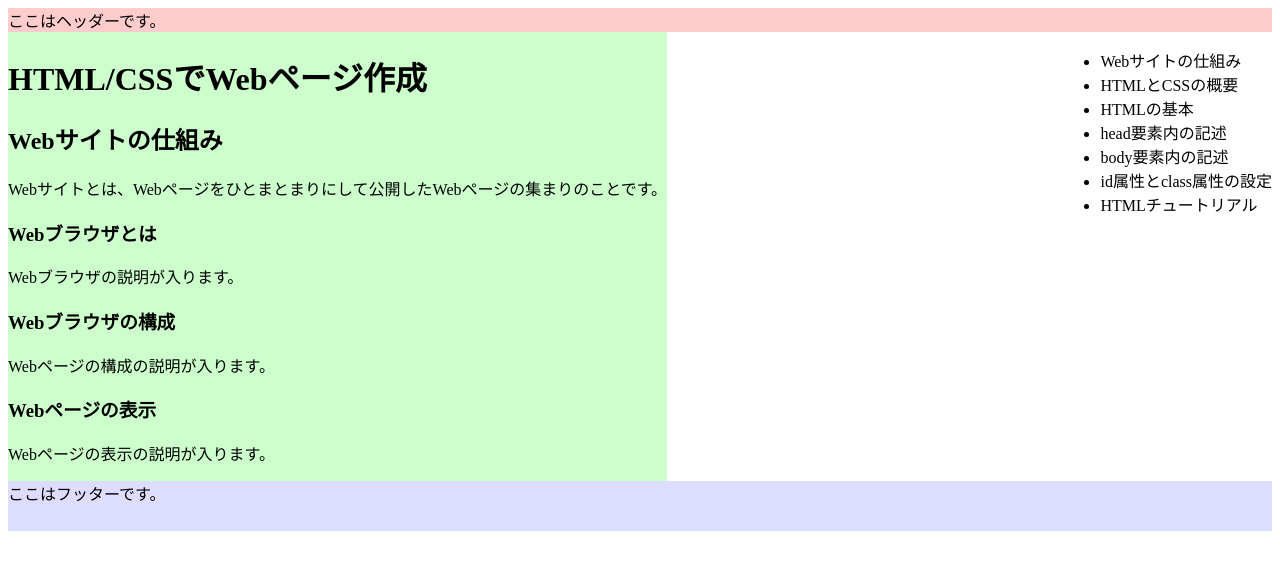
Repository: kazumasatomoto/kadai-tasklist-
Page: kadai-html.html
The author's editor kept a record of every edit. The page is drawn from the files as they stood at one moment, then again after the next edit.
The browser window is 1280 px wide. The pictures show the whole page.

Above is the page before.

After the next edit:
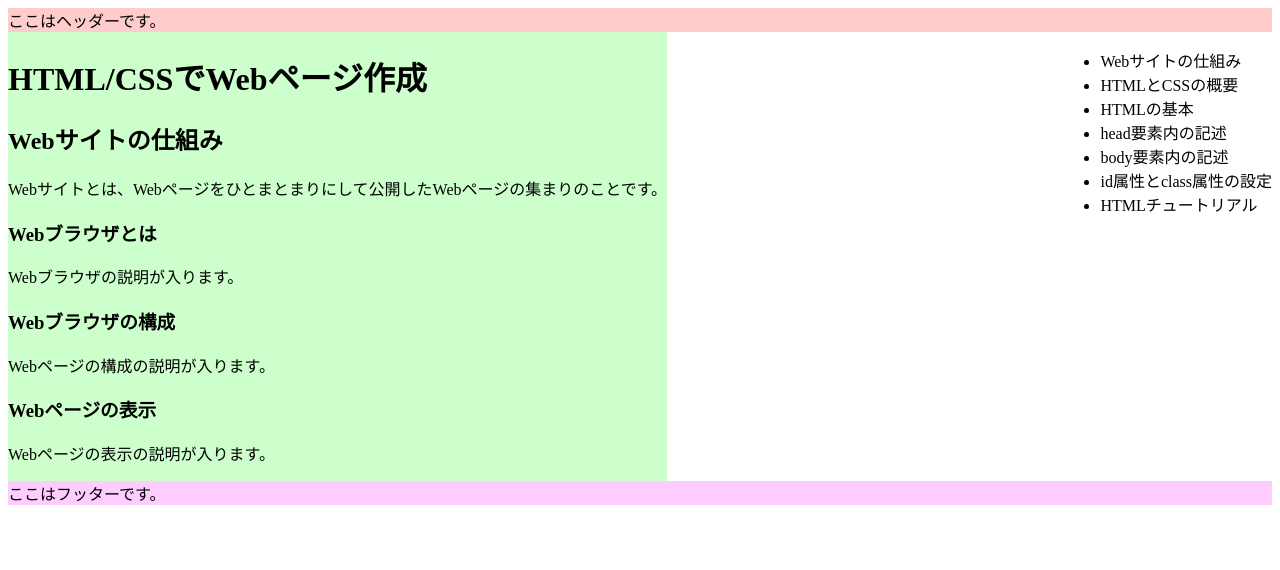
The edit:
--- a/kadai-css.css
+++ b/kadai-css.css
@@ -13,6 +13,5 @@
     background-color: #ccccff;
 }
 footer {
-    height: 50px;
-    background-color: #ddddff;
+    background-color: #ffccff;
 }
